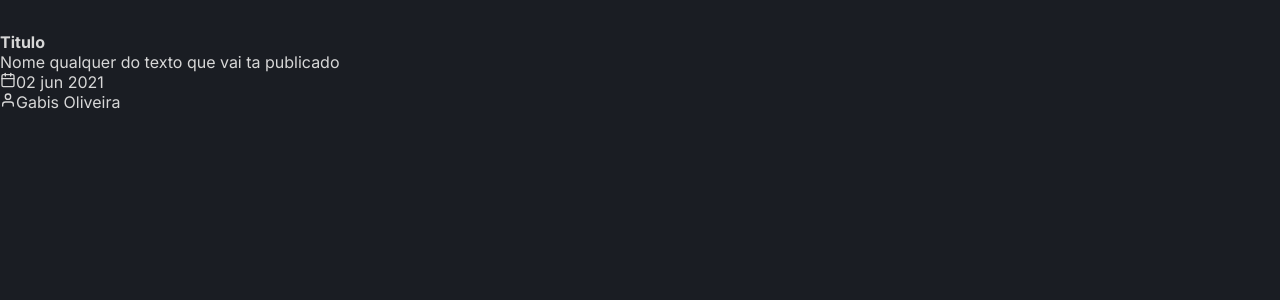
Repository: gabrielarochaf/zeroprojectBlog
Page: /
An editor plug-in stored every save of this project. The page is shown before and after the next save, followed by the edit.
The browser window is 1280 px wide. The pictures show the whole page.
The project was rebuilt for these pictures with package versions that can differ from the ones it lists, and the page was loaded fresh each time. The framework's server and built-in components were replaced by stand-ins that run in the browser. Also part of the build but not shown: src/styles/common.module.scss.

Above is the page before, as saved 2021-07-09 11:48:21.

After the next save:
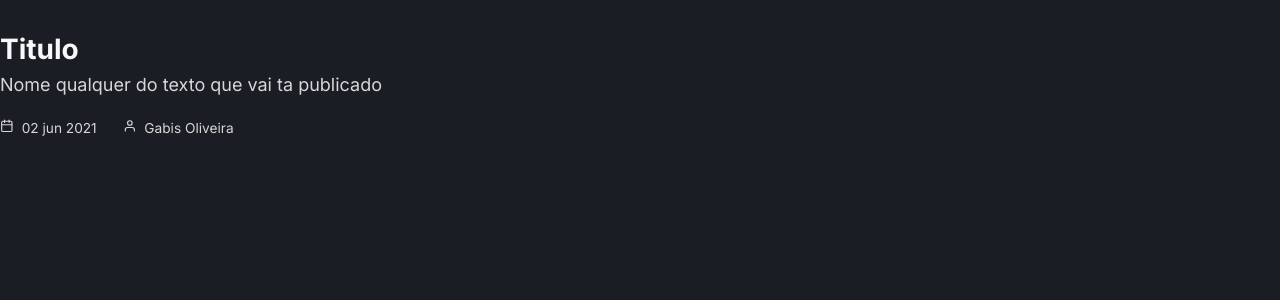
Saved 2 h 19 min later.
--- a/src/pages/home.module.scss
+++ b/src/pages/home.module.scss
@@ -10,3 +10,32 @@
     margin-top: 3rem;
   }
 }
+
+.post {
+  strong {
+    font-size: 1.75rem;
+    font-weight: bold;
+    color: var(--heading)
+  }
+  p {
+    margin-top: 0.5rem;
+    font-size: 1.125rem;
+  }
+  ul {
+    list-style: none;
+    margin-top: 1.5rem;
+    display: flex;
+
+    & li {
+      font-size: 0.855rem;
+
+      & svg {
+        margin-right: 0.5rem;
+      }
+
+      &  + li {
+        margin-left: 1.625rem;
+      }
+    }
+  }
+}
